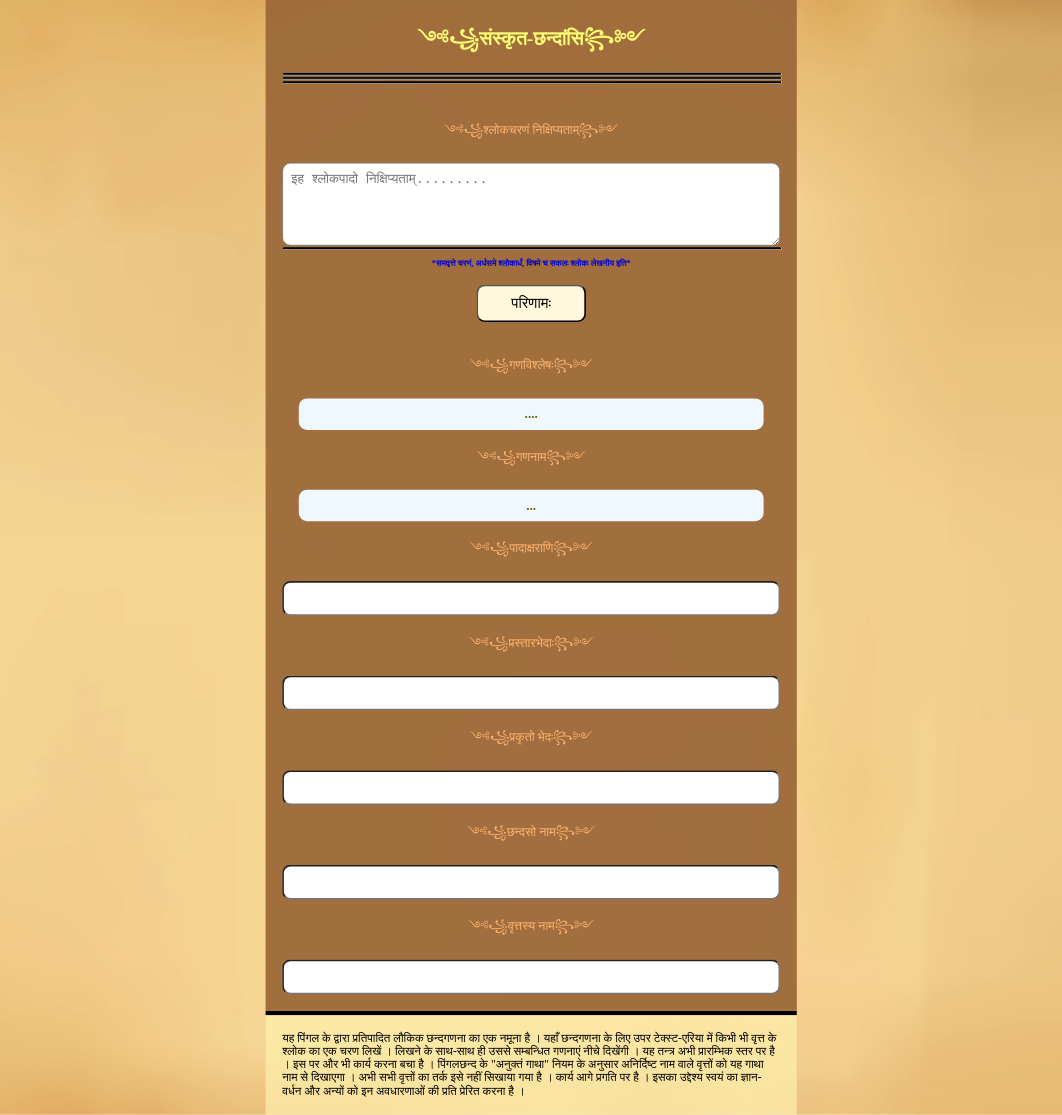
Repository: arshavak/pingala_chhand_shastram
Page: index.html
These files come from the project's save history. The page is drawn as it stood at one moment and after a run of saves; the edit follows.
The browser window is 1280 px wide. The pictures show the whole page, at 83% of full size.

Above is the page before, as saved 2024-10-20 17:07:37.

After the next 2 saves:
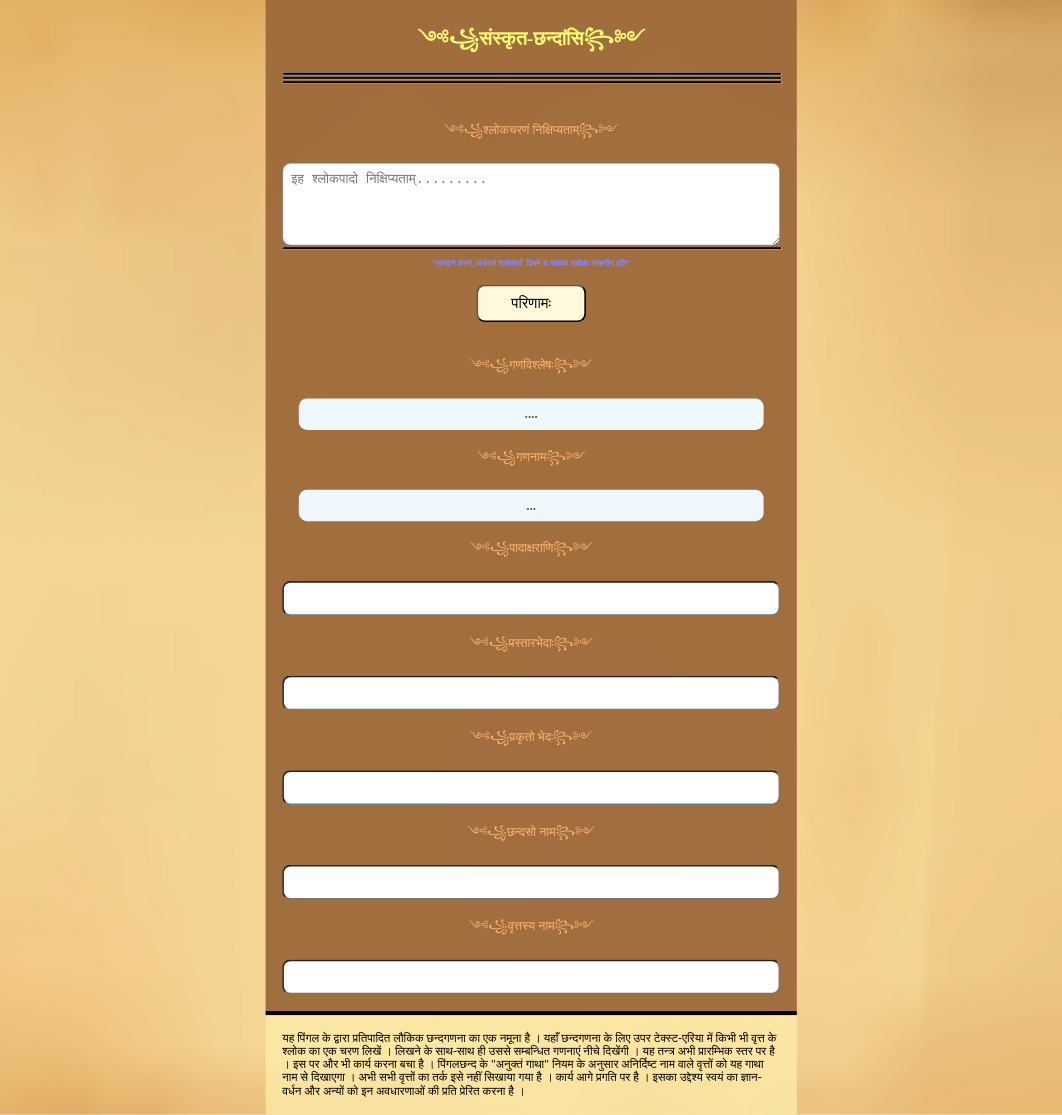
The 2 saves are shown as one change because they came seconds apart.
The last was saved 7 s later.
--- a/style.css
+++ b/style.css
@@ -26,7 +26,7 @@ label {
   font-size: 10px;
   margin-top: 10px;
   display: block;
-  color: rgb(0, 4, 211);
+  color: rgb(132, 134, 245);
 }
 
 textarea {
